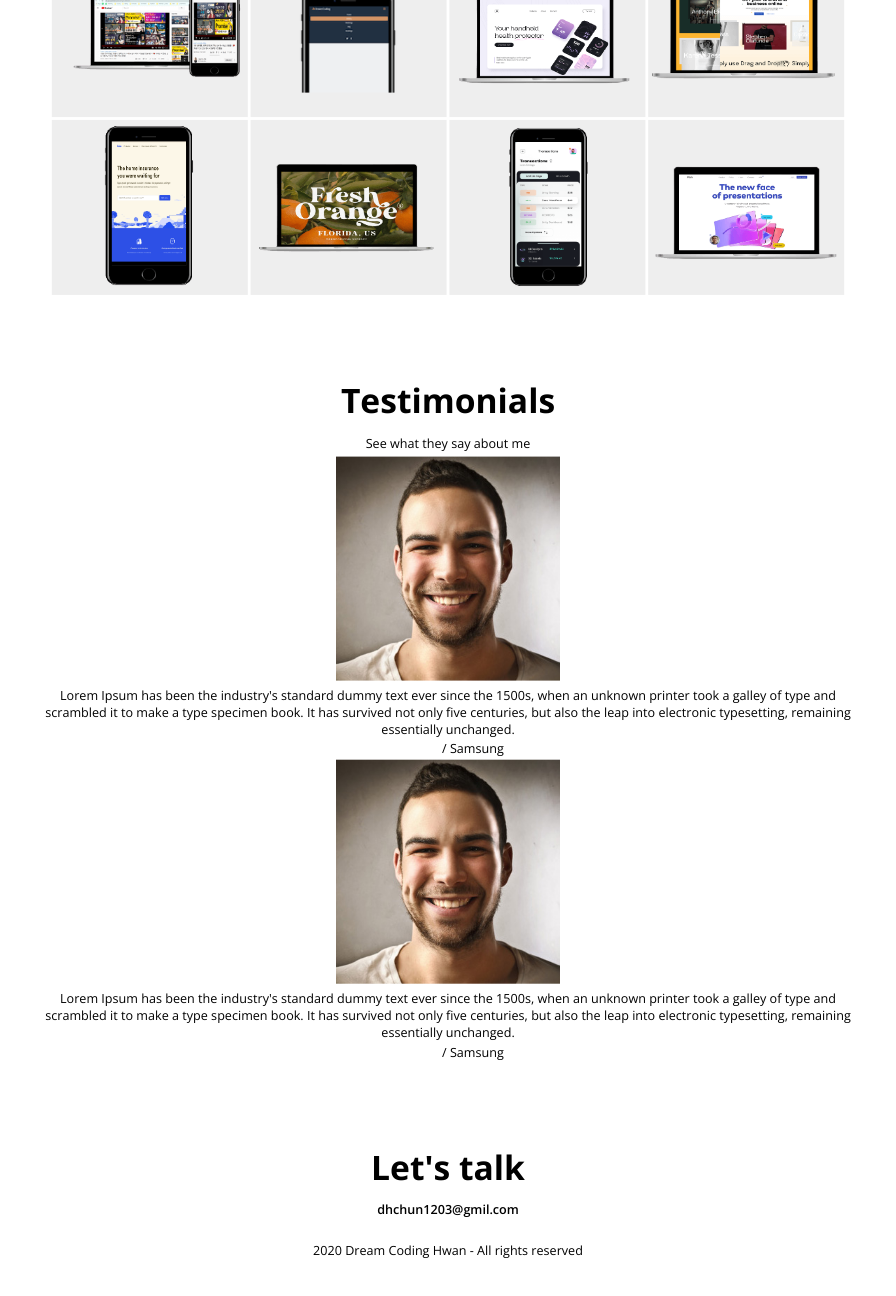
Repository: dhchun1203/Portfolio
Page: index.html
The author's editor kept a copy of each file at every save. The page is drawn from the files as they stood at one save, then again after the next save.
The browser window is 1280 px wide. The pictures show the part of the page from y = 2625 to 4545 px (the page is 4477 px tall before and 4545 px after), at 70% of full size.
Some web libraries are served in a nearby version.

Above is the page before, as saved 2020-12-08 17:04:40.

After the next save:
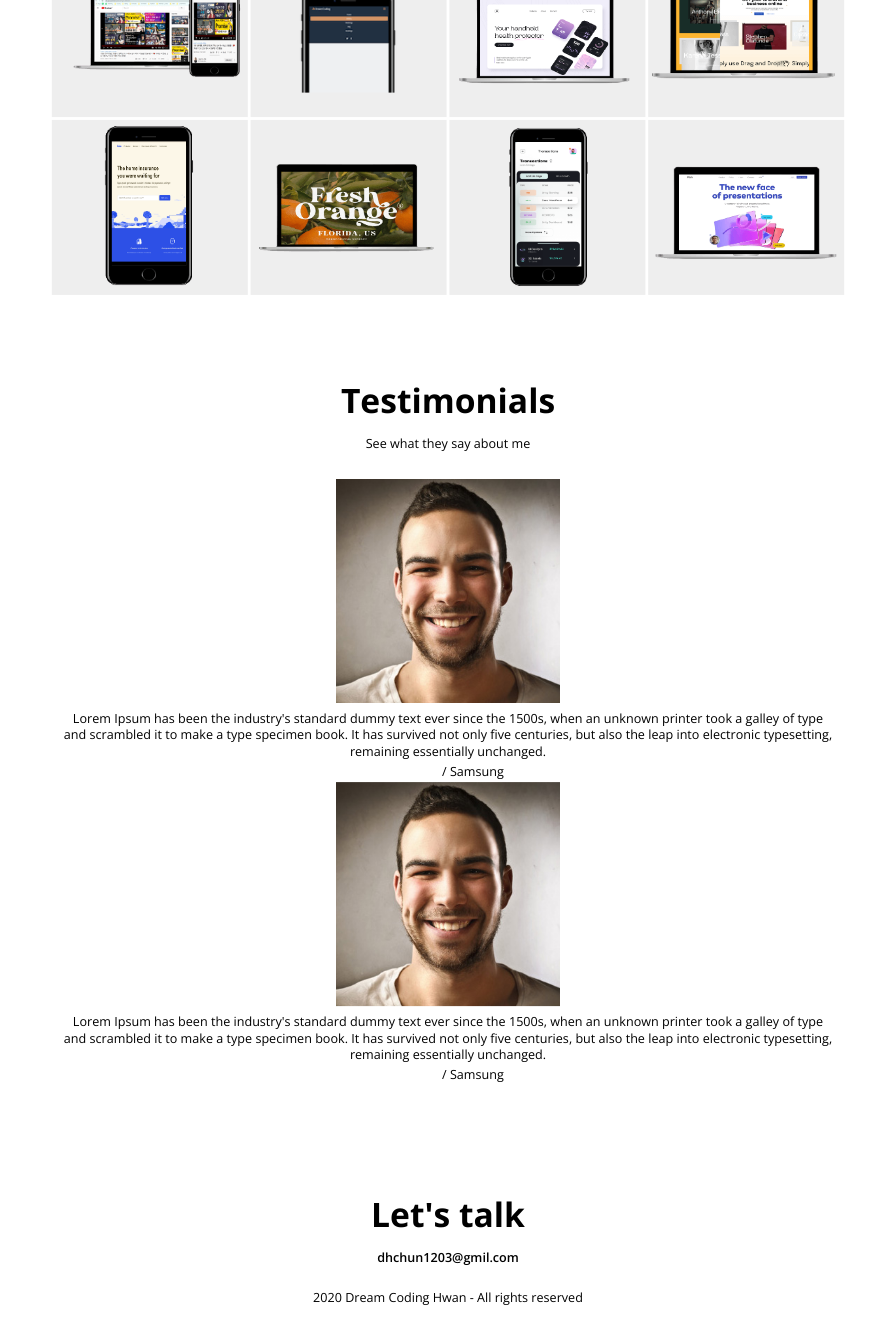
Saved 50 s later.
--- a/style.css
+++ b/style.css
@@ -363,3 +363,6 @@
 #testimonials {
 	background-color: var(--color-light-white);
 }
+.testimonials {
+	margin: 40px;
+}
